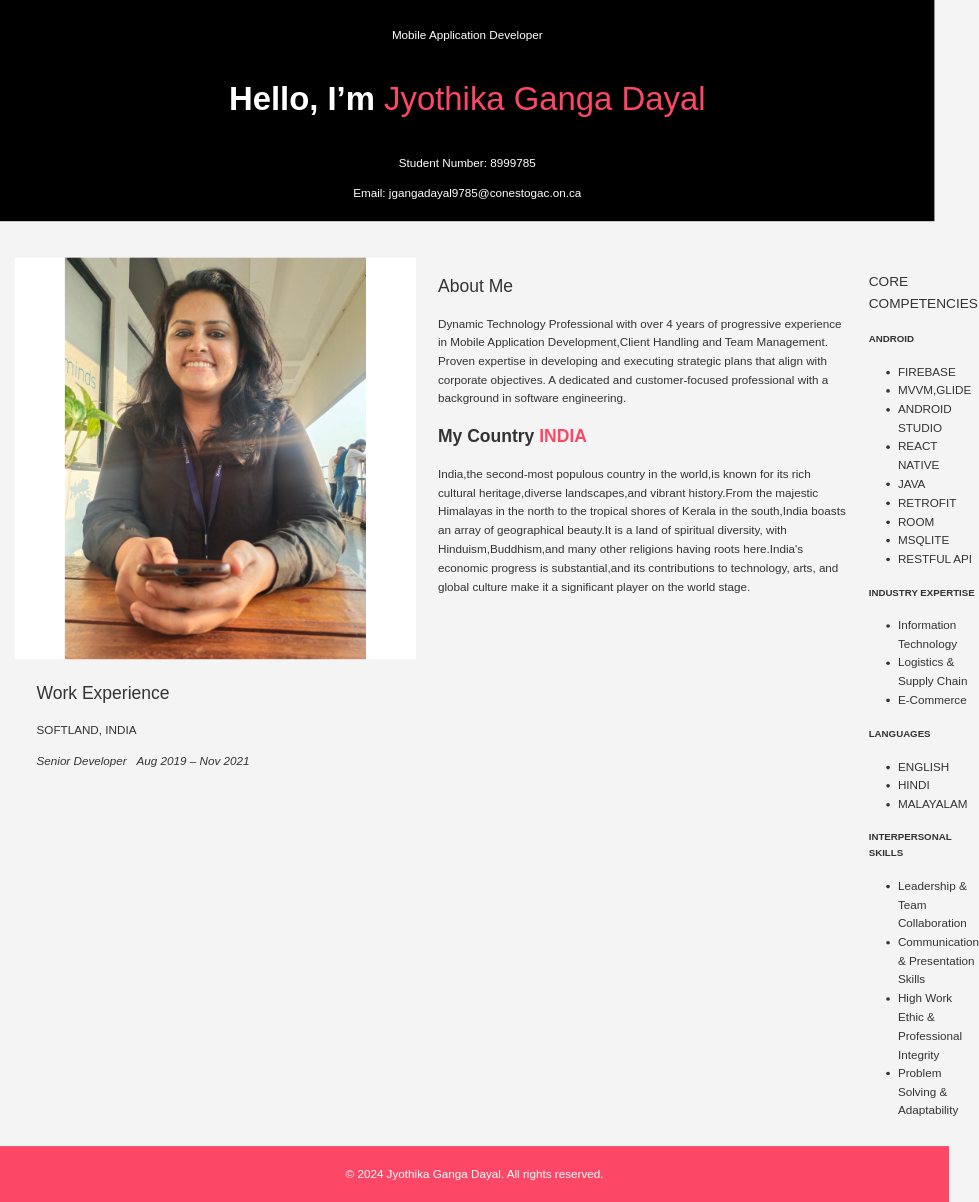
Repository: jyothika123/portfolio
Page: index.html
An editor plug-in stored every save of this project. The page is shown before and after the next save, followed by the edit.
The browser window is 1280 px wide. The page is 1341 px wide, so the pictures cover 1341 px, including what lies to the right of the window. The pictures show the whole page, at 73% of full size.
Pictures or frames that could not be fetched are drawn as grey boxes. Some web fonts or font styles are not loaded; a fallback is used.

Above is the page before, as saved 2024-09-22 20:22:31.

After the next save:
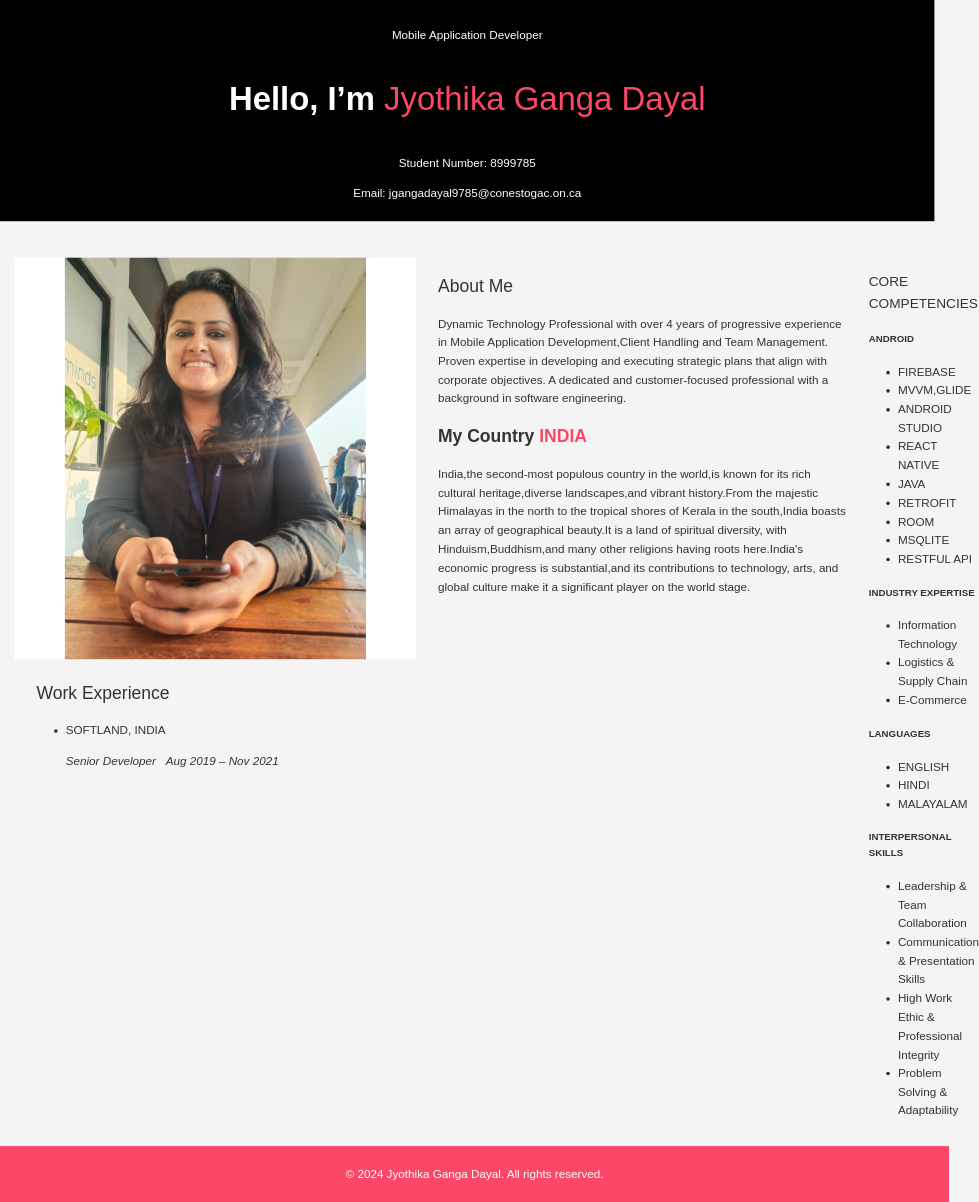
Saved 74 s later.
--- a/index.html
+++ b/index.html
@@ -26,9 +26,13 @@
                     <img src="images/image.PNG" alt="A photo representing me" class="profile">
                     <div class="experience" >
                         <h2 class="anton-sc-regular">Work Experience</h2>
+                            <ul>
+                                <li>
+                                    <p class="anton-sc-regular">SOFTLAND, INDIA</p>
+                                    <p class="position">Senior Developer&nbsp;&nbsp;&nbsp;<span class="position">Aug 2019 – Nov 2021</span></p>
 
-                            <p class="anton-sc-regular">SOFTLAND, INDIA</p>
-                            <p class="position">Senior Developer&nbsp;&nbsp;&nbsp;<span class="position">Aug 2019 – Nov 2021</span></p>
+                                </li>
+                            </ul>
 
 
                     </div>
